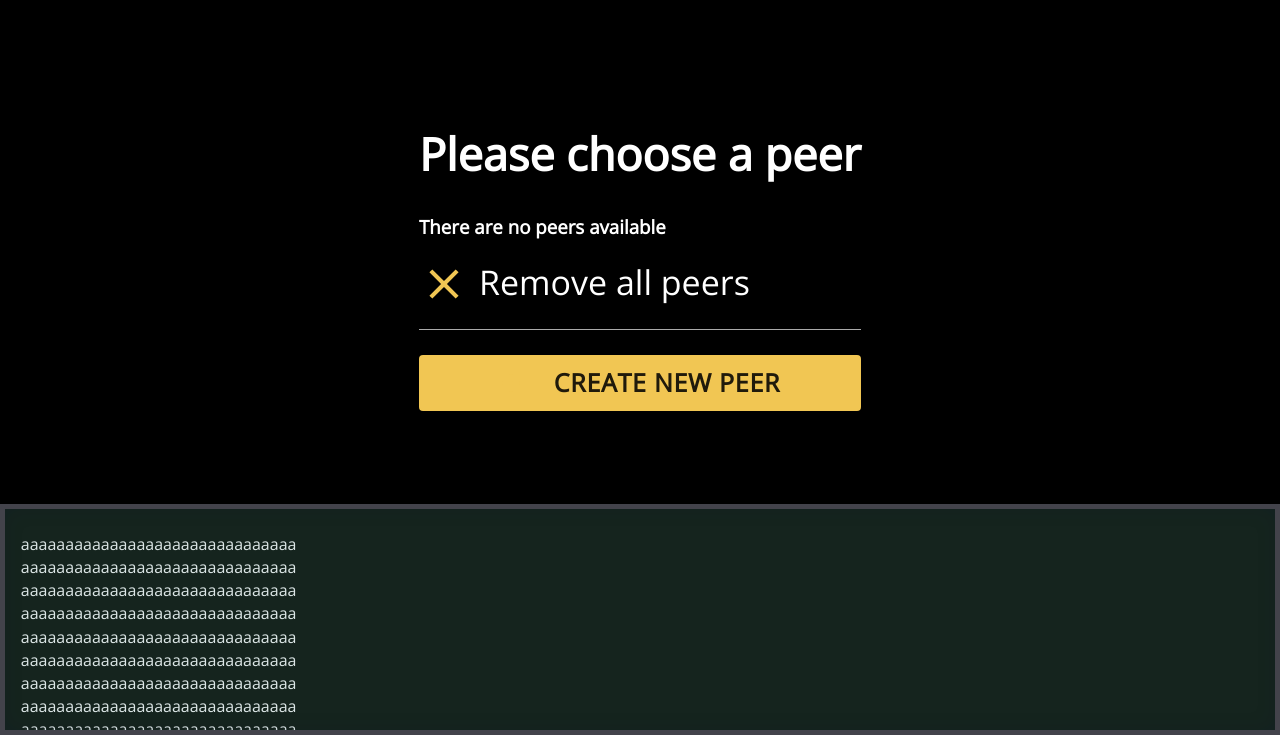
Repository: Bachdz/ASAP-Gui-Frontend
Page: /login
These files come from the project's save history. The page is drawn as it stood at one moment and after the next save; the edit follows.
The browser window is 1280 px wide. The pictures show the whole page.
The page's requests for data from a server got no answer. The project was rebuilt for these pictures with package versions that can differ from the ones it lists, and the page was loaded fresh each time. No one was signed in, and anything a server would have sent is missing. Also part of the build but not shown: src/css/loginscreen/Peer.css, src/components/fragments/Footer.js, src/components/mainscreen/subcomponents/Apps.js, src/css/mainscreen/Main.css, src/components/mainscreen/Main.js.

Above is the page before, as saved 2020-12-16 20:10:57.

### src/App.js
import React from 'react';



import { ReactComponent as Arrow } from './arrow.svg';
import Login from './components/loginscreen/Login';
import Main from './components/mainscreen/Main';
import { Link } from 'react-router-dom';
import Logo from './components/fragments/Footer';


import { BrowserRouter as Router, Route } from 'react-router-dom'

import './App.css';

function App() {
  return (
      <Router>
        <Route exact path="/" render={props => (
          <React.Fragment>
        <div className="container">

            <div className="content">
              <div id="box">
                <h1>Welcome to ASAP engine</h1>
                <Link to="/login"><Arrow id="next" /></Link>
              </div>
            </div>
          <Logo />
        </div>


          </React.Fragment>
        )} />
        <Route path="/login" component={Login} />
        <Route path="/main/user" component={Main} />

      </Router>
  );
}



export default App;

### src/components/loginscreen/Login.js
import React, { Component } from 'react';
import Peer from './subcomponents/Peer';
import CreateUser from './subcomponents/CreateUser';
import CloseIcon from '@material-ui/icons/Close';
import Alert from '@material-ui/lab/Alert';
import Snackbar from '@material-ui/core/Snackbar';
import Logo from '../fragments/Footer';
import Terminal from '../fragments/Terminal';



import '../../css/loginscreen/Login.css';
import axios from 'axios';



class Login extends Component {
    state = {
        peers: [],
        alertopen: false,
        alertmsg: '',
        alerttype: ''
    }

    componentDidMount() {
        axios.get('http://localhost:8080/api/v1/asap/peers')
            .then(res => this.setState({ peers: res.data }))
        document.getElementsByClassName('i-has-teh-code').scrollTop = 9999999;
    }

    //create User
    addUser = (userName) => {
        let url = 'http://localhost:8080/api/v1/asap/peer?name=' + userName;
        axios.post(url)
            .then(res => this.setState({ peers: [...this.state.peers, res.data] }))
    }

    //remove all users
    removeAllUser = () => {
        axios.delete('http://localhost:8080/api/v1/asap/peers')
            .then(res => {
                if (res.data === false) {
                    this.setState({ alertopen: !this.state.alertopen, alertmsg: "Couldn't delete peers", alerttype: "error" });

                } else if (res.data === true) {
                    this.setState({ alertopen: !this.state.alertopen, alertmsg: "Deleted successfully ", alerttype: "success" });
                    axios.get('http://localhost:8080/api/v1/asap/peers')
                        .then(res => this.setState({ peers: res.data }))
                }



            }


            )


    }

    handleClose = (event, reason) => {
        this.setState({ alertopen: !this.state.alertopen });
    }


    render() {
        const { alertopen, alertmsg, alerttype } = this.state;
        return (
            <div>

                <div className="background-container">
                    <div className="content">
                        <div className="login-container">
                            <Snackbar anchorOrigin={{ vertical: 'top', horizontal: 'center' }} open={alertopen} autoHideDuration={2000} onClose={this.handleClose}>
                                <Alert onClose={this.handleClose} severity={alerttype}>
                                    {alertmsg}
                                </Alert>
                            </Snackbar>
                            <h1>Please choose a peer</h1>
                            <Peer peers={this.state.peers} />

                            <div id="remove-peer">
                                <CloseIcon id="remove" onClick={this.removeAllUser} /> Remove all peers
            </div>
                            <CreateUser addUser={this.addUser} />

                        </div>
                    </div>

                </div>
                <Terminal />

            </div>

        );
    }
}


export default Login;

### src/App.css
@import url('https://fonts.googleapis.com/css?family=Open+Sans');
body {
  font-family: "Open Sans", sans-serif;

}

#box {
  text-align: center;
}

.content {
  min-height: 70vh;
  display: flex;
  align-items: center;
}

.container {
  display: flex;
  align-items: center;
  justify-content: center;
  flex-direction: column;
  background-color: #000000;
  color: #ffffff;
  height: 100vh;
  margin:0;
}

footer {
 margin-top:auto;
 width: 100vw;
}



#next {
  cursor: "pointer";
  transition: transform 330ms ease-in-out;

}
#next:hover {
  cursor: pointer;
  -ms-transform: scale(1.2); /* IE 9 */
  -webkit-transform: scale(1.2); /* Safari 3-8 */
  transform: scale(1.2);
}
h1 {
  font-size: 45px;
  text-align: center;
  animation: fadein 3s;
  -moz-animation: fadein 3s; /* Firefox */
  -webkit-animation: fadein 3s; /* Safari and Chrome */
  -o-animation: fadein 3s; /* Opera */
}
@keyframes fadein {
  from {
      opacity:0;
  }
  to {
      opacity:1;
  }
}
@-moz-keyframes fadein { /* Firefox */
  from {
      opacity:0;
  }
  to {
      opacity:1;
  }
}
@-webkit-keyframes fadein { /* Safari and Chrome */
  from {
      opacity:0;
  }
  to {
      opacity:1;
  }
}
@-o-keyframes fadein { /* Opera */
  from {
      opacity:0;
  }
  to {
      opacity: 1;
  }
}

### src/components/loginscreen/subcomponents/Peer.js
import React from 'react';
import '../../../css/loginscreen/Peer.css';
import AccountCircleIcon from '@material-ui/icons/AccountCircle';
import ArrowForwardIcon from '@material-ui/icons/ArrowForward';
// import { Redirect } from 'react-router-dom';
import { Link } from 'react-router-dom';

function Peer (props) {

        if (props.peers.length > 0) {
            return (
                props.peers.map((peer) => (
                    <div className="peer-container">
                        <AccountCircleIcon id="icon" />
                        {peer.name}
                        <Link to={{
                            pathname: '/main/user',
                            state: {
                                peer: peer.name
                            }
                        }}>
                            <ArrowForwardIcon id="forward" />
                        </Link>
                    </div>

                ))

            );


        } else {
            return (
                <h3>There are no peers available</h3>
            )
        }
    }





export default Peer;

### src/components/loginscreen/subcomponents/CreateUser.js
import React, {Component} from 'react';
import Button from '@material-ui/core/Button';
import AddIcon from '@material-ui/icons/Add';
import TextField from '@material-ui/core/TextField';
import Dialog from '@material-ui/core/Dialog';
import DialogActions from '@material-ui/core/DialogActions';
import DialogContent from '@material-ui/core/DialogContent';
import '../../../css/loginscreen/CreateUser.css';
import DialogContentText from '@material-ui/core/DialogContentText';

export class CreateUser extends Component {
    state = {
        open: false,
        error: false,
        username: ''
    }

    handleClickOpen = () => {
        this.setState({
            open: !this.state.open
        })
      };

    handleClose = (e) => {
        this.setState({
            open: !this.state.open
        })
    };

    onChange = (e) => this.setState({ [e.target.name]: e.target.value })

    onSubmit = (e) => {
        if (this.state.username !== '') {
            this.props.addUser(this.state.username);
            this.setState({username : ''});
            this.handleClose();
        } else {
            this.setState({error: true});
        }
    }

    render() {
    const { open,error } = this.state

    return (
        <div>

            <Button startIcon={<AddIcon id="addIcon" />} id="addButton" onClick={this.handleClickOpen}>Create new peer</Button>

            <Dialog open={open} onClose={this.handleClose} aria-labelledby="form-dialog-title">
                <DialogContent id="dialog">
                    <DialogContentText id="dialog-text">
                        Please enter your name
          </DialogContentText>
                    <TextField
                       error={this.state.error}
                     required
                        autoFocus
                        margin="dense"
                        name="username"
                        type="string"
                        label="Username"
                        helperText={error ===true  ? "username is required" : ""}
                        onChange={this.onChange}
                        fullWidth
                    />
                </DialogContent>
                <DialogActions id="dialog-action">
                    <Button onClick={this.onSubmit} id="button" color="primary">
                        Done
          </Button>
                </DialogActions>
            </Dialog>
        </div>
    );
}
}
export default CreateUser ;

### src/components/fragments/Terminal.js
import React from 'react'
import '../../css/Terminal.css';



export default function Terminal() {
    return (
        <div className="console">
            <pre className="i-has-teh-code" >
                <p>aaaaaaaaaaaaaaaaaaaaaaaaaaaaaaa</p>
                <p>aaaaaaaaaaaaaaaaaaaaaaaaaaaaaaa</p>
                <p>aaaaaaaaaaaaaaaaaaaaaaaaaaaaaaa</p>
                <p>aaaaaaaaaaaaaaaaaaaaaaaaaaaaaaa</p>
                <p>aaaaaaaaaaaaaaaaaaaaaaaaaaaaaaa</p>
                <p>aaaaaaaaaaaaaaaaaaaaaaaaaaaaaaa</p>
                <p>aaaaaaaaaaaaaaaaaaaaaaaaaaaaaaa</p>
                <p>aaaaaaaaaaaaaaaaaaaaaaaaaaaaaaa</p>
                <p>aaaaaaaaaaaaaaaaaaaaaaaaaaaaaaa</p>
                <p>aaaaaaaaaaaaaaaaaaaaaaaaaaaaaaa</p>
                <p>aaaaaaaaaaaaaaaaaaaaaaaaaaaaaaa</p>
                <p>aaaaaaaaaaaaaaaaaaaaaaaaaaaaaaa</p>
                <p>aaaaaaaaaaaaaaaaaaaaaaaaaaaaaaa</p>

            </pre>

        </div>
    )
}

### src/css/loginscreen/Login.css
@import url('https://fonts.googleapis.com/css?family=Open+Sans');




.content {
    display: flex;
    align-items: center;
    justify-content: center;
    flex-direction: column;
    background-color: #000000;
    color: #ffffff;
    margin:0;
  }

footer {
   margin-top:auto;
   width: 100vw;
  }




#remove {
    cursor: pointer;
    color: #F1C653;
    float: left;
    font-size: 50px;
    margin-right: 10px;
}

#remove:hover {
    cursor: pointer;
    -ms-transform: scale(1.2); /* IE 9 */
    -webkit-transform: scale(1.2); /* Safari 3-8 */
    transform: scale(1.2);
  }

#remove-peer {
    width: 100%;
    border-bottom: 1px solid #aaa;
    padding-bottom:20px;
    margin-top: 20px;
    display: flex;
    font-size: 34px;
    animation: fadein 3.5s;
    -moz-animation: fadein 3.5s; /* Firefox */
    -webkit-animation: fadein 3.5s; /* Safari and Chrome */
    -o-animation: fadein 3.5s; /* Opera */
}

### src/css/loginscreen/CreateUser.css
@import url('https://fonts.googleapis.com/css?family=Open+Sans');
* {
    font-family:"Open Sans", sans-serif ;
}
#addButton{
    z-index: 99;
    margin-top:25px;
    background-color: #F1C653;
    width: 100%;
    font-size:25px;
    font-weight: bolder;
}

#addIcon {
    font-size: 26px;
}
#dialog {

}
#dialog-text {
    font-family:"Open Sans", sans-serif ;
    color: #000000;

    text-align: center;
}
#button {
    background-color: #F1C653;
    color: #000000;
    width: 50%;
    font-size:15px;
    font-weight: bolder;
}

### src/css/Terminal.css
@charset "UTF-8";
@-webkit-keyframes waiting {
    0% {
        opacity: 0;
    }
    35%,
    75% {
        opacity: 1;
    }
    100% {
        opacity: 0;
    }
}

@keyframes waiting {
    0% {
        opacity: 0;
    }
    35%,
    75% {
        opacity: 1;
    }
    100% {
        opacity: 0;
    }
}

@-webkit-keyframes joltBG {
    0% {
        opacity: 0.3;
    }
    22%,
    26% {
        opacity: 0.2;
    }
    27%,
    45% {
        opacity: 0.4;
    }
    46%,
    76% {
        opacity: 0.5;
    }
    76%,
    78% {
        opacity: 0.05;
    }
    78% {
        opacity: 0.3;
    }
    100% {
        opacity: 0.3;
    }
}

@keyframes joltBG {
    0% {
        opacity: 0.3;
    }
    22%,
    26% {
        opacity: 0.2;
    }
    27%,
    45% {
        opacity: 0.4;
    }
    46%,
    76% {
        opacity: 0.5;
    }
    76%,
    78% {
        opacity: 0.05;
    }
    78% {
        opacity: 0.3;
    }
    100% {
        opacity: 0.3;
    }
}

.i-has-teh-code {
    height: 23vh;
    overflow-y: scroll;
    white-space: pre-wrap;
    background: #15241e;
    color: #dce6e6;
    margin: 0 auto;
    font-family: Monaco, Consolas, "Lucida Console", monospace;
    padding: 1em 1em 2.5em 1em;
    line-height: 0.45;
    position: relative;
    direction:  initial;
}

.i-has-teh-code::-moz-selection {
    color: #141e1e;
    background: #dce6e6;
}

.i-has-teh-code::selection {
    color: #141e1e;
    background: #dce6e6;
}

.i-has-teh-code:before {
    position: absolute;
    pointer-events: none;
    top: 0;
    right: 0;
    bottom: 0;
    left: 0;
    background-color: rgba(50, 50, 80, 0.6);
    content: '';
    z-index: 100;
    box-shadow: inset 0px 0px 20px 0px rgba(0, 0, 60, 0.3);
    background: url('data:[embedded picture, 484 characters]');
    -webkit-animation-name: joltBG;
    animation-name: joltBG;
    -webkit-animation-duration: 10000ms;
    animation-duration: 10000ms;
    -webkit-animation-iteration-count: infinite;
    animation-iteration-count: infinite;
    -webkit-animation-timing-function: linear;
    animation-timing-function: linear;
}

.i-has-teh-code:after {
    position: relative;
    pointer-events: none;
    bottom: 0em;
    left: 0em;
    content: '■';
    padding: 1em;
    -webkit-animation-name: waiting;
    animation-name: waiting;
    -webkit-animation-duration: 1200ms;
    animation-duration: 1200ms;
    -webkit-animation-iteration-count: infinite;
    animation-iteration-count: infinite;
    -webkit-animation-timing-function: ease-in-out;
    animation-timing-function: ease-in-out;
}

.console {
    height: 100%;
    background: rgba(20, 20, 30, 0.8);
    padding: 0.3em;
}

### src/css/mainscreen/Apps.css

#addIcon, #removeIcon {
    float:right;
    color: #F1C653;
    font-size: 30px;
    margin-right:20px;
}
.title {
    display:flex;
    align-items: center;
}


.parentList {
    margin-left:10px;
}

.main-items {
    font-size: 30px;
}

#apps {
    padding-left:50px;
}

.input {
    font-style: italic;
    width: 100%;
    border:none;
    outline: none;
    border-bottom: 2px solid #808080;
    background: #000000;
    color: #ffffff;
    width: 70%;
    margin-left:45px;
    font-size:20px;
}

.add {
    width: 100%;
    display:flex;
    color: #F1C653;
}

#checkicon {
    float: right;
}

#checkicon-inactive {
    color: #808080;
}

Loaded but not shown: public/index.html (common file); src/index.js (common file); src/index.css (common file); src/reportWebVitals.js (common file)

After the next save:
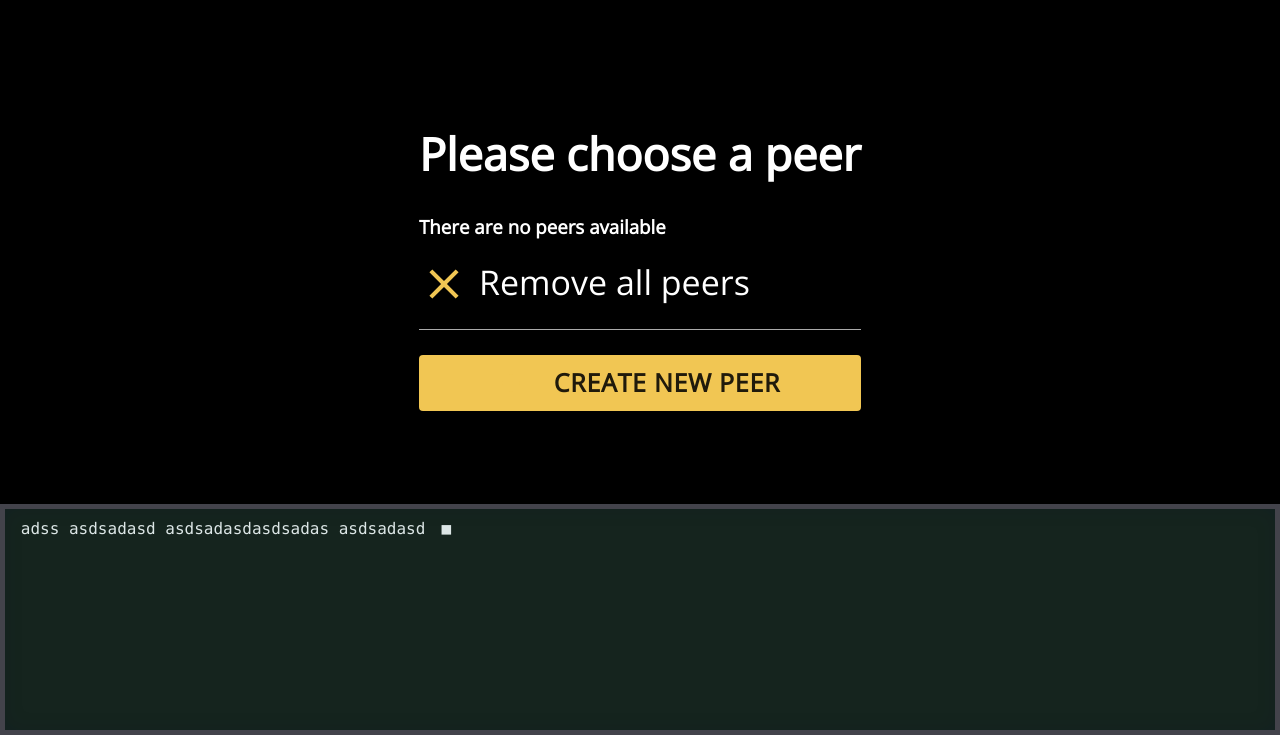
Saved 19 min 55 s later.
--- a/src/components/fragments/Terminal.js
+++ b/src/components/fragments/Terminal.js
@@ -7,20 +7,10 @@ export default function Terminal() {
     return (
         <div className="console">
             <pre className="i-has-teh-code" >
-                <p>aaaaaaaaaaaaaaaaaaaaaaaaaaaaaaa</p>
-                <p>aaaaaaaaaaaaaaaaaaaaaaaaaaaaaaa</p>
-                <p>aaaaaaaaaaaaaaaaaaaaaaaaaaaaaaa</p>
-                <p>aaaaaaaaaaaaaaaaaaaaaaaaaaaaaaa</p>
-                <p>aaaaaaaaaaaaaaaaaaaaaaaaaaaaaaa</p>
-                <p>aaaaaaaaaaaaaaaaaaaaaaaaaaaaaaa</p>
-                <p>aaaaaaaaaaaaaaaaaaaaaaaaaaaaaaa</p>
-                <p>aaaaaaaaaaaaaaaaaaaaaaaaaaaaaaa</p>
-                <p>aaaaaaaaaaaaaaaaaaaaaaaaaaaaaaa</p>
-                <p>aaaaaaaaaaaaaaaaaaaaaaaaaaaaaaa</p>
-                <p>aaaaaaaaaaaaaaaaaaaaaaaaaaaaaaa</p>
-                <p>aaaaaaaaaaaaaaaaaaaaaaaaaaaaaaa</p>
-                <p>aaaaaaaaaaaaaaaaaaaaaaaaaaaaaaa</p>
-
+                adss
+                asdsadasd
+                asdsadasdasdsadas
+                asdsadasd
             </pre>
 
         </div>
